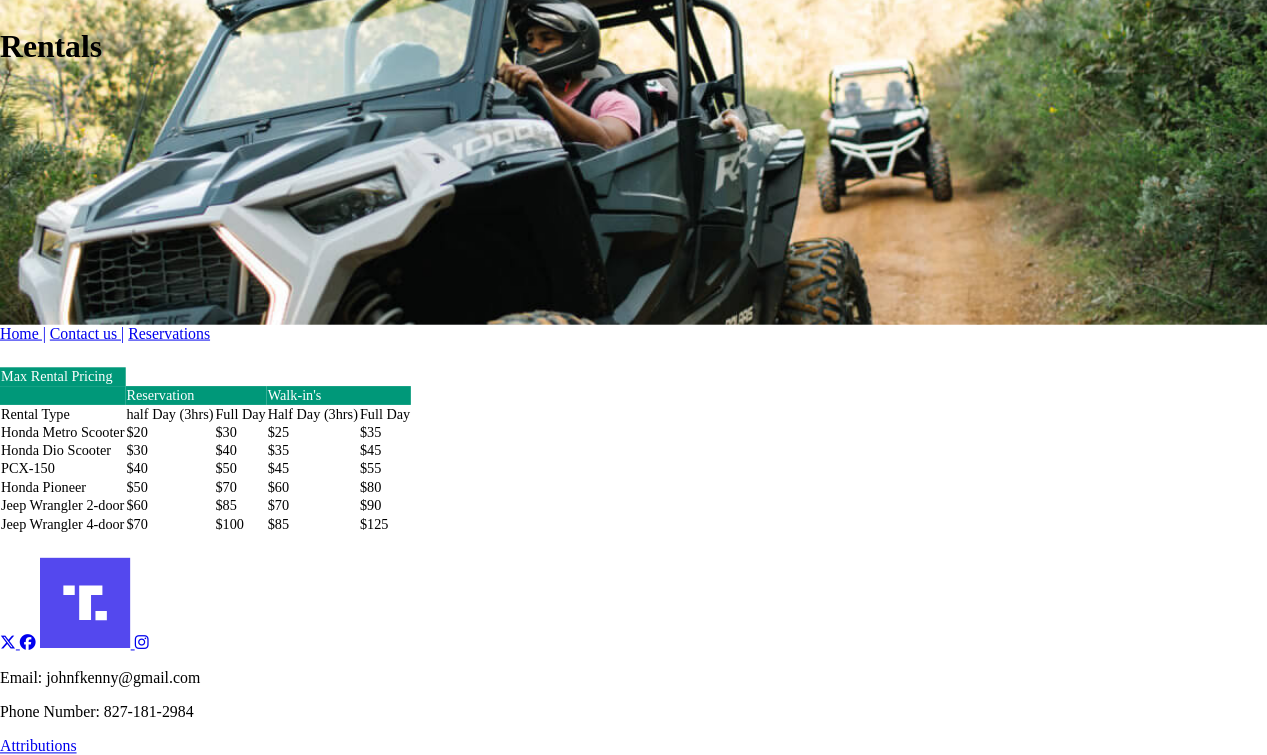
Repository: nak97/WDD230
Page: scoots/rentals-page/rentals-page.html
The author's editor kept a copy of each file at every save. The page is drawn from the files as they stood at one save, then again after the next save.
The browser window is 1280 px wide. The pictures show the whole page, at 99% of full size.
Some web libraries are served in a nearby version.

Above is the page before, as saved 2023-12-11 13:57:26.

After the next save:
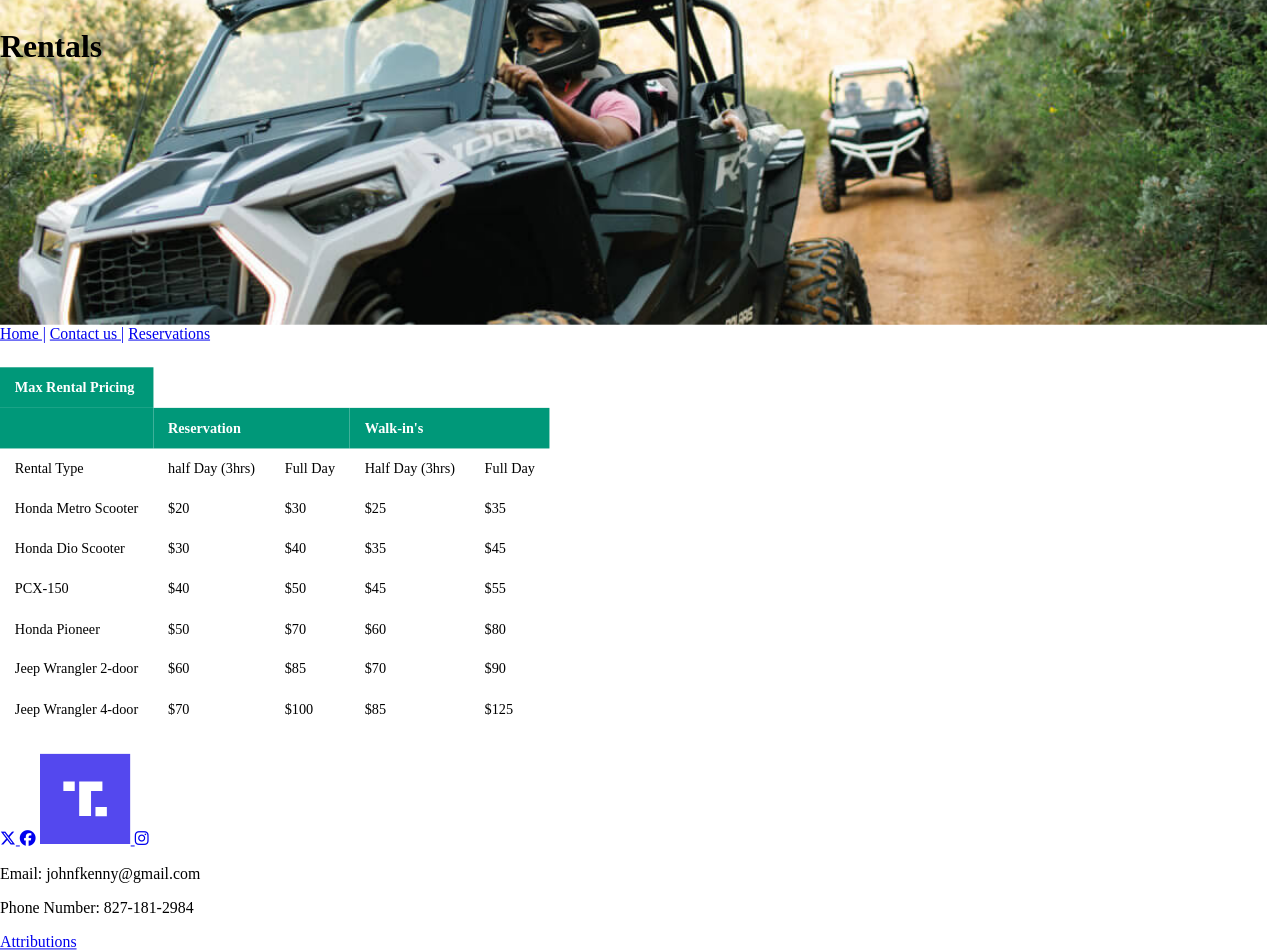
Saved 2 min 21 s later.
--- a/scoots/rentals-page/styles/base.css
+++ b/scoots/rentals-page/styles/base.css
@@ -20,4 +20,13 @@ header {
   background-color: #009879;
   color: #ffffff;
   text-align: left;
+  font-weight: bold;
 }
+
+.content-table th {
+
+}
+
+.content-table td{
+  padding:12px 15px;
+}
